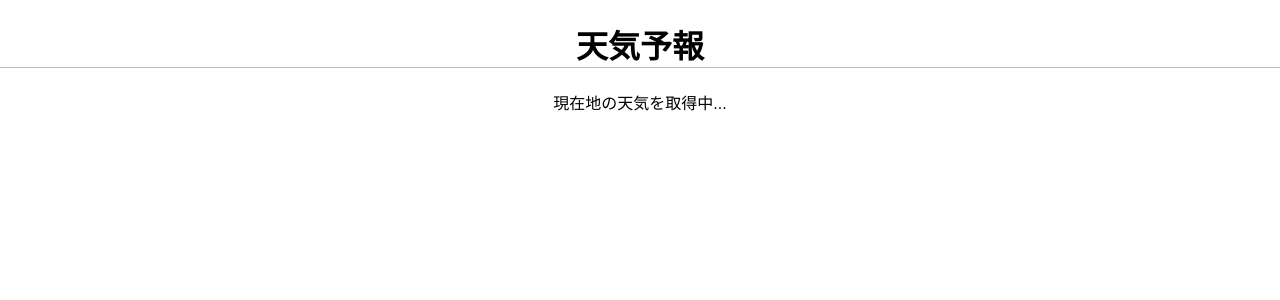
Repository: IshigureTomoki/weather-app
Page: /
These files come from the project's save history. The page is drawn as it stood at one moment and after a run of saves; the edit follows.
The browser window is 1280 px wide. The pictures show the whole page.
The page's requests for data from a server got no answer. The project was rebuilt for these pictures with package versions that can differ from the ones it lists, and the page was loaded fresh each time. No one was signed in, and anything a server would have sent is missing. Also part of the build but not shown: src/components/LinePlot.tsx, src/components/Map.tsx.

Above is the page before, as saved 2022-03-04 15:02:03.

After the next 3 saves:
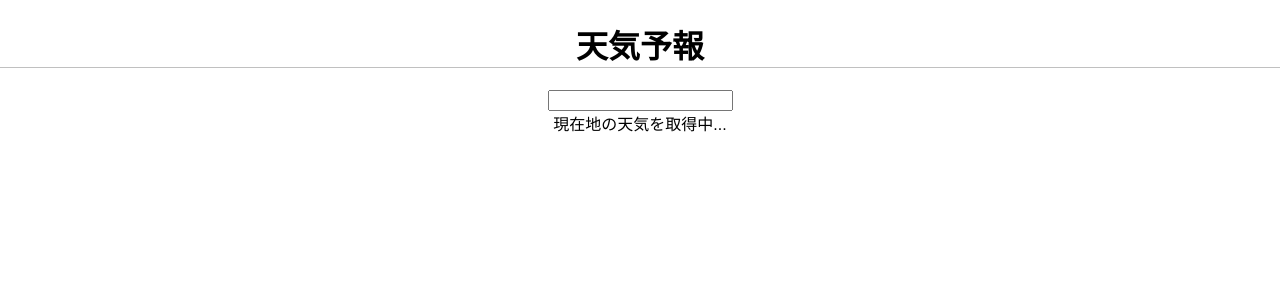
The 3 saves are shown as one change because they came seconds apart.
The last was saved 9 s later.
--- a/src/App.tsx
+++ b/src/App.tsx
@@ -250,7 +250,7 @@ function App() {
     <>
       <div className="App">
         <h1>天気予報</h1>
-        <div></div>
+        <div><input></input></div>
         {loading ? (
           "現在地の天気を取得中..."
         ) : (
